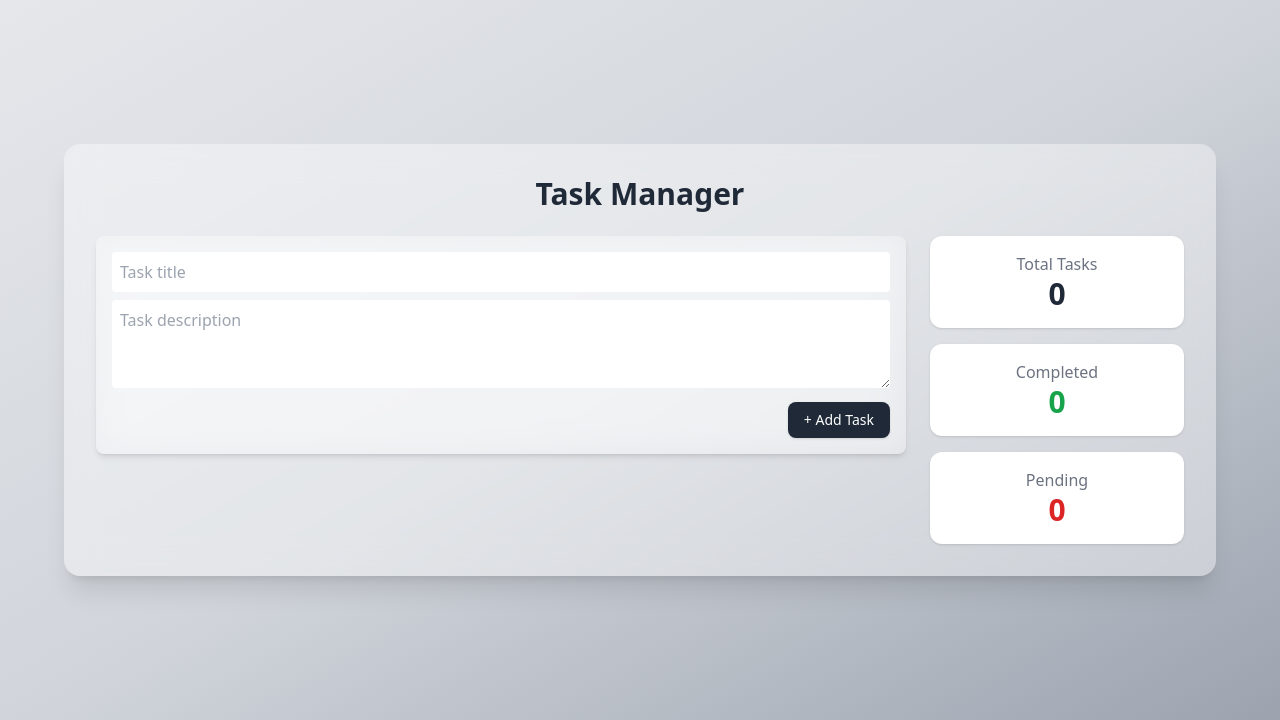
Repository: Meenakshi-commits/mern-task-manager
Page: / (app in client/)
These files come from the project's save history. The page is drawn as it stood at one moment and after the next save; the edit follows.
The browser window is 1280 px wide. The pictures show the whole page.
The page's requests for data from a server got no answer. The project was rebuilt for these pictures with package versions that can differ from the ones it lists, and the page was loaded fresh each time. No one was signed in, and anything a server would have sent is missing. Also part of the build but not shown: client/vite.config.js, client/src/components/TaskItem.jsx.

Above is the page before, as saved 2026-01-08 12:22:58.

After the next save:
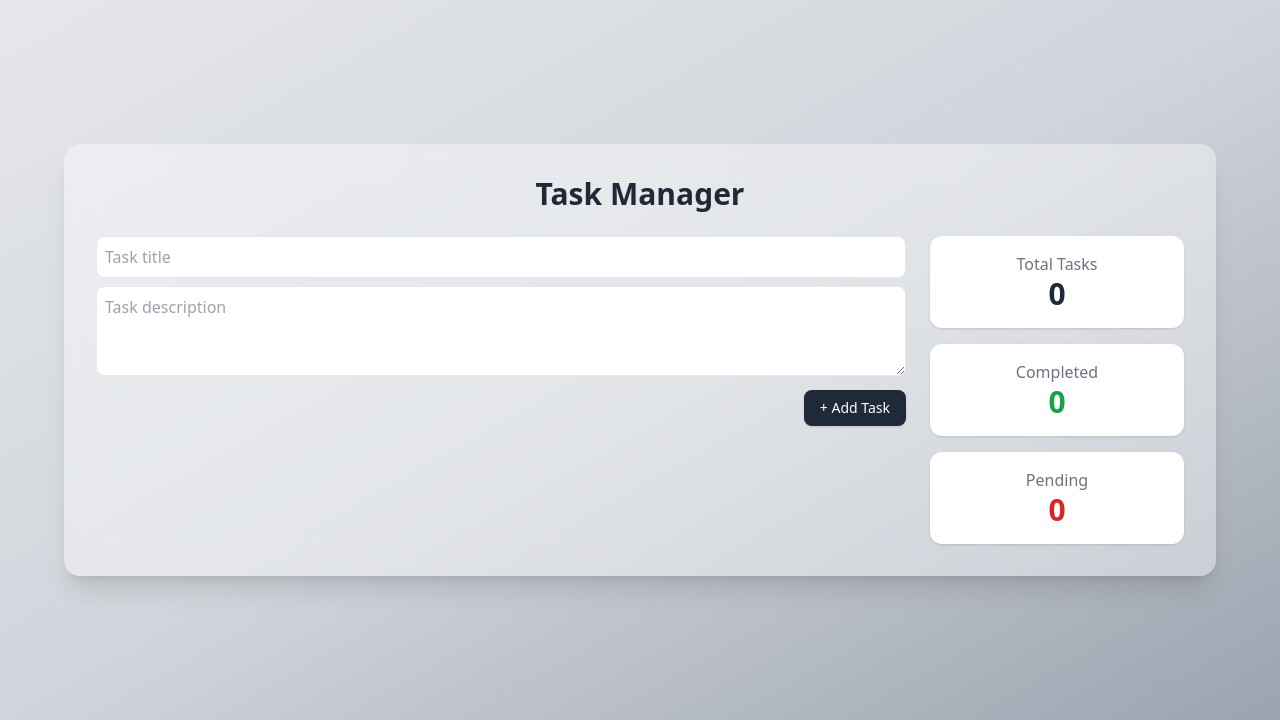
Saved 2 min 29 s later.
--- a/client/src/components/TaskForm.jsx
+++ b/client/src/components/TaskForm.jsx
@@ -4,38 +4,40 @@ import api from "../services/api";
 export default function TaskForm({ fetchTasks }) {
   const [title, setTitle] = useState("");
   const [description, setDescription] = useState("");
+  const [loading, setLoading] = useState(false); // ← NEW
 
   const handleSubmit = async (e) => {
     e.preventDefault();
     if (!title) return;
 
-    await api.post("/tasks", {
-      title,
-      description,
-    });
+    setLoading(true); // start loading
 
-    setTitle("");
-    setDescription("");
-    fetchTasks();
+    try {
+      await api.post("/tasks", { title, description });
+      setTitle("");
+      setDescription("");
+      fetchTasks();
+    } catch (err) {
+      console.error("Error adding task:", err);
+    } finally {
+      setLoading(false); // end loading
+    }
   };
 
   return (
-    <form
-      onSubmit={handleSubmit}
-      className=" mb-6 bg-white/20 backdrop-blur-lg p-4 rounded-lg shadow-md"
-    >
+    <form className="mb-6" onSubmit={handleSubmit}>
       <input
         type="text"
         placeholder="Task title"
-        className="w-full mb-2 p-2 rounded text-black bg-white"
+        className="w-full mb-2 p-2 rounded-lg border text-gray-800 bg-white"
         value={title}
         onChange={(e) => setTitle(e.target.value)}
       />
 
       <textarea
         placeholder="Task description"
-        className="w-full mb-2 p-2 rounded text-black bg-white"
         rows="3"
+        className="w-full mb-2 p-2 rounded-lg border text-gray-800 bg-white"
         value={description}
         onChange={(e) => setDescription(e.target.value)}
       />
@@ -44,18 +46,23 @@ export default function TaskForm({ fetchTasks }) {
         <button
           type="submit"
           className="
-      px-4 py-2
-      bg-gray-800
-      text-white
-      text-sm
-      rounded-lg
-      hover:bg-gray-900
-      transition
-      duration-200
-      shadow
-    "
+            px-4 py-2
+            bg-gray-800
+            text-white
+            text-sm
+            rounded-lg
+            hover:bg-gray-900
+            transition
+            duration-200
+            shadow
+            flex items-center gap-2
+          "
+          disabled={loading} // disables button while loading
         >
-          + Add Task
+          {loading ? (
+            <span className="animate-spin h-4 w-4 border-2 border-white border-t-transparent rounded-full"></span>
+          ) : null}
+          {loading ? "Adding..." : "+ Add Task"}
         </button>
       </div>
     </form>
